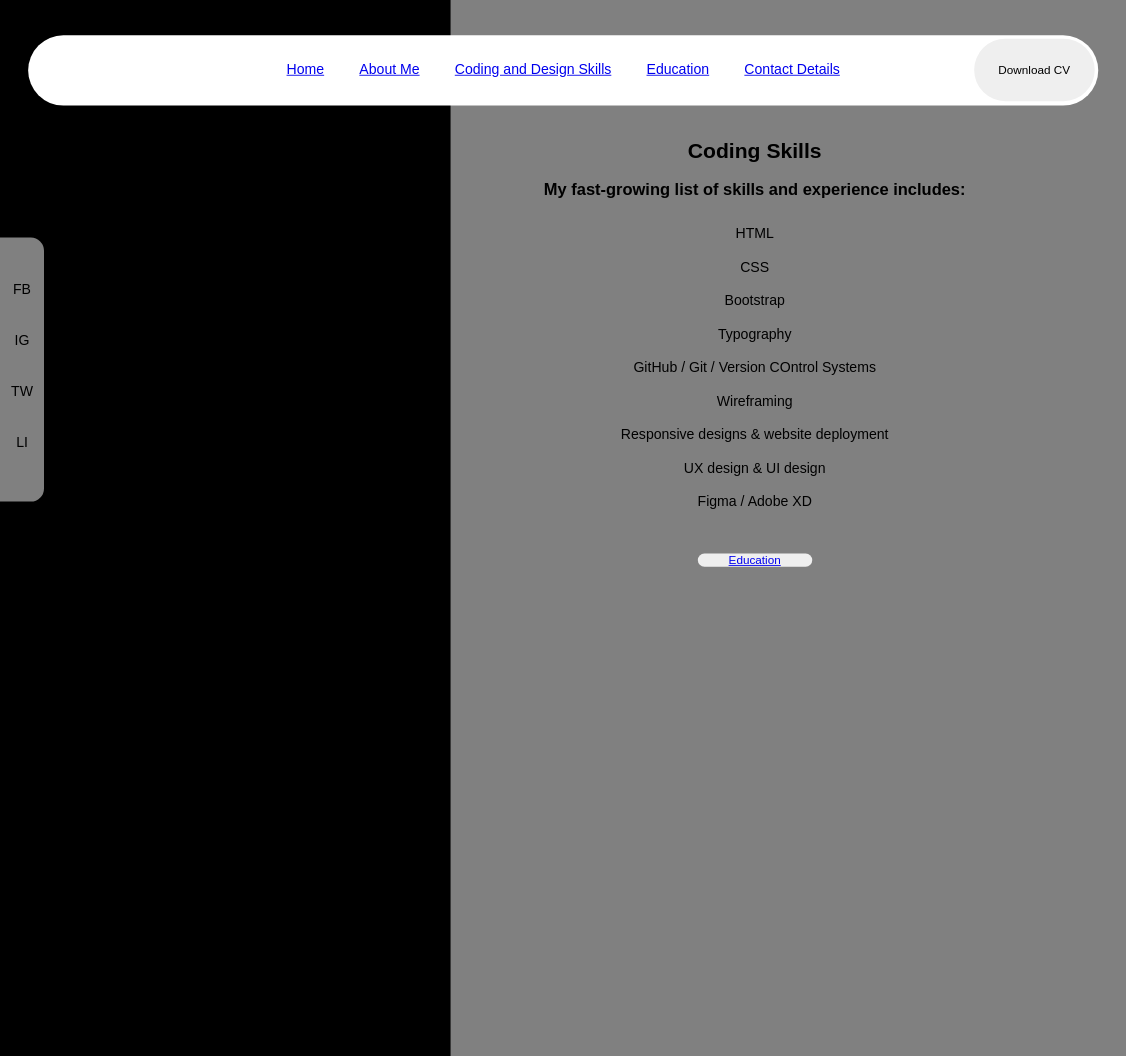
Repository: WesleyErasmus/MyDigitalResume-4
Page: codingSkills.html
The author's editor kept a copy of each file at every save. The page is drawn from the files as they stood at one save, then again after the next save.
The browser window is 1280 px wide. The pictures show the whole page, at 88% of full size.

Above is the page before, as saved 2022-02-19 21:53:11.

After the next save:
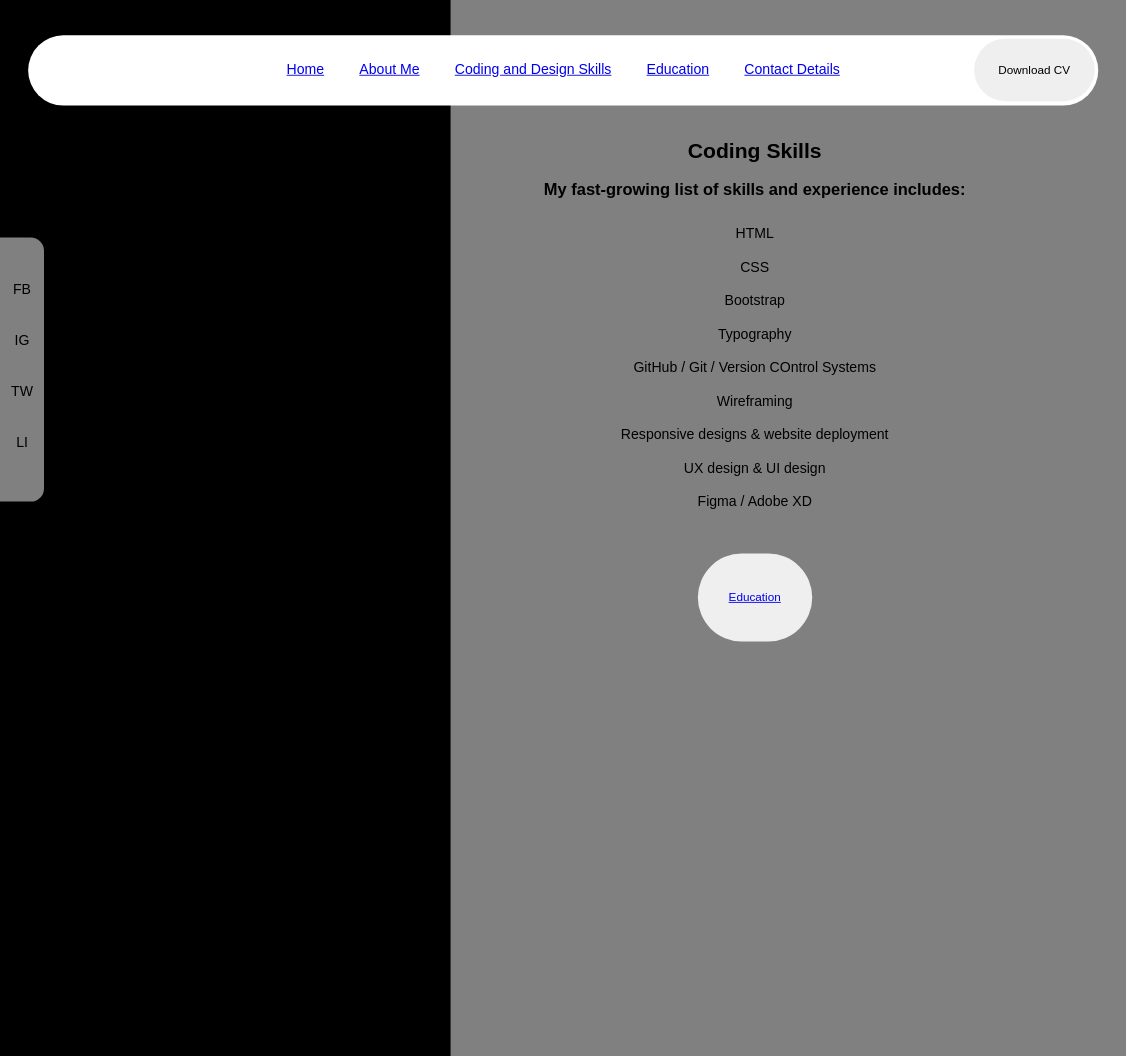
Saved 5 s later.
--- a/codingSkills.css
+++ b/codingSkills.css
@@ -92,7 +92,7 @@ h1#title {
 button.next-page {
     margin-top: 40px;
     width: 130px ;
-    height: ;
+    height: 100px ;
     /* padding: 2rem; */
     border-radius: 50px;
     border: none;
